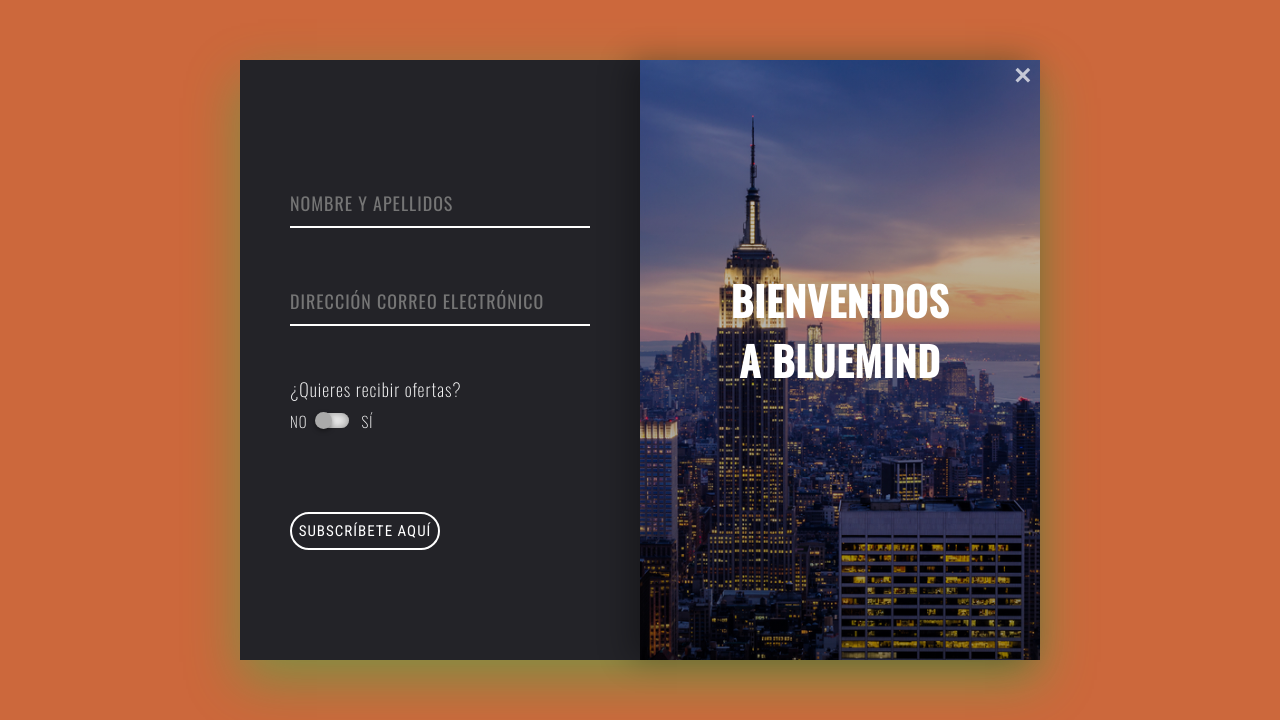
Repository: RaquelAlvarezz/Ejercicios-FormawebIV
Page: Formulario/index.html
The author's editor kept a copy of each file at every save. The page is drawn from the files as they stood at one save, then again after the next save.
The browser window is 1280 px wide. The pictures show the whole page.
After loading, the first visible `button.banner-sub-here-btn` was clicked once.
Some web libraries are served in a nearby version.

Above is the page before, as saved 2021-11-23 12:57:04.

### Formulario/index.html
<!DOCTYPE html>
<html lang="es">
<head>
    <meta charset="UTF-8">
    <meta http-equiv="X-UA-Compatible" content="IE=edge">
    <meta name="viewport" content="width=device-width, initial-scale=1.0">
    <title>Formulario Inscripción</title>
    <link rel="stylesheet" href="https://use.fontawesome.com/releases/v5.3.1/css/all.css" integrity="sha384-mzrmE5qonljUremFsqc01SB46JvROS7bZs3IO2EmfFsd15uHvIt+Y8vEf7N7fWAU" crossorigin="anonymous">
    <link href="https://fonts.googleapis.com/css?family=Oswald:200,300,400,500|Roboto+Condensed:300,300i,400,400i,700,700i" rel="stylesheet">
    <link rel="stylesheet" href="css/styles.css">
    <link rel="icon" href="https://lh3.googleusercontent.com/proxy/iLEHHXcUK-X28HmqpzfNVjkdxhkdG-_PfK0vSEMkry-wnrLG-j4IqDrfDejFbzbjIlz1s-UCzpygYCWWsLXbGVNT2G_MOcw">
</head>
<body cz-shortcut-listen="true">
    <div class="container">
        <!-- Subscribe Here Screen -->
        <div class="banner-sub-here">
            <h1 class="banner-sub-here-heading">
                Subscríbete aquí
            </h1>
            <div class="arrow">
                <i class="fas fa-arrow-down"></i>
            </div>
            <button class="banner-sub-here-btn">Click Now</button>
        </div>
        <!-- form screen -->
        <div class="form-container">
            <form class="sign-up-form">
                <input type="text" class="form-input" placeholder="NOMBRE Y APELLIDOS">
                <input type="email" class="form-input" placeholder="DIRECCIÓN CORREO ELECTRÓNICO">
                <p>¿Quieres recibir ofertas?</p>
                <label>No</label>
                <input type="checkbox">
                <label>Sí</label>
                <button type="button">Subscríbete aquí</button>
            </form>
            <div class="header">
                <h1>Bienvenidos a BlueMind</h1>
            </div>
            <div class="x-btn">✕</div>
        </div>
    </div>
    <script src="js/script.js"></script>
</body>
</html>

### Formulario/css/styles.css
* {
	margin: 0;
	padding: 0;
}


.container {
	width: 100%;
	height: 100vh;
	background: linear-gradient(rgba(0, 0, 0, .8), rgba(0, 0, 0, .7)), url(/Formulario/img/new-york-lighting-wallpaper-preview.jpg) center no-repeat;
	background-size: cover;
}

.banner-sub-here {
	color: #fff;
	width: 750px;
	position: absolute;
	top: 50%;
	left: 50%;
	transform: translate(-50%, -50%);
	/* banner text/elements */
	display: flex;
	flex-direction: column;
	justify-content: center;
	align-items: center;
	/* display: none; */
}

.banner-sub-here-heading {
	font-family: 'Roboto Condensed', sans-serif;
	font-size: 80px;
	text-transform: uppercase;
	margin-bottom: 80px;
	border-top: 7px solid #fff;
	border-bottom: 7px solid #fff;
}

.arrow {
	font-size: 50px;
	margin-bottom: 30px;
	animation: anim 3s infinite;
}

.banner-sub-here-btn {
	width: 200px;
	padding: 15px;
	font-family: 'Roboto Condensed', sans-serif;
	text-transform: uppercase;
	font-size: 17px;
	letter-spacing: 1px;
	background: transparent;
	color: #fff;
	border-radius: 50px;
	outline: none;
	cursor: pointer;
	border: 2px solid #fff;
	transition: transform;
}

.banner-sub-here-btn:hover {
	transform: translateY(-1px);
}

@keyframes anim {
	0% {
		transform: translateY(0);
	}
	20% {
		transform: translateY(0);
	}
	40% {
		transform: translateY(-30px);
	}
	50% {
		transform: translateY(0);
	}
	60% {
		transform: translateY(-15);
	}
	80% {
		transform: translateY(0);
	}
	100% {
		transform: translateY(0);
	}
}

.form-container {
	/* display: none; */
	display: flex;
	width: 800px;
	height: 600px;
	position: absolute;
	top: 50%;
	left: 50%;
	transform: translate(-50%, -50%);
	box-shadow: 0 20px 50px rgba(12, 201, 75, 0.4);
	/* can use fade effect ( can't if using display property)   */
	/* can use transistion with opacity */
	opacity: 0;
	visibility: hidden;
	transition: opacity 1s;
}

.sign-up-form {
	width: 50%;
	background-color: #232328;
	padding: 120px 50px;
	box-sizing: border-box; /* fixes size of element due to padding */
}

.form-input {
	width: 300px;
	font-family: 'Oswald', sans-serif;
	font-size: 18px;
	letter-spacing: 1px;
	color: white;
	background-color: transparent;
	border: none;
	border-bottom: 2px solid #fff;
	margin-bottom: 50px;
	outline: none;
	padding: 10px 0;
	transition: border-bottom-color .8s;
}

.form-input:focus {
	border-bottom-color: #4e024e;
}

.sign-up-form p {
	color: #fff;
	font-family: 'Oswald', sans-serif;
	font-size: 18px;
	letter-spacing: 1px;
	font-weight: 200;
	margin-bottom: 8px;
}

.sign-up-form label {
	color: #fff;
	font-family: 'Oswald', sans-serif;
	font-size: 15px;
	letter-spacing: 1px;
	font-weight: 200;
	text-transform: uppercase;
}

.sign-up-form input[type="checkbox"] {
	position: relative;
	/* chrome */
	-webkit-appearance: none;
	/* firefox */
	-moz-appearance: none;
	appearance: none;
	height: 15px;
	width: 30px;
	background-color: #eee;
	outline: none;
	border-radius: 20px;
	margin: 0 8px;
	/* inner shadow effect */
	box-shadow: inset 0 0 10px rgba(0, 0, 0, .4);
	transition: background-color .5s;
}

.sign-up-form input:checked[type="checkbox"] {
	background-color: #4e024e;
}

.sign-up-form input[type="checkbox"]::before {
	content: '';
	width: 17px;
	height: 17px;
	background-color: #aaa;
	position: absolute;
	border-radius: 50%;
	top: -1px;
	left: -4px;
	box-shadow: 0 2px 5px rgba(0, 0, 0, .4);
	transition: left .5s;
}

.sign-up-form input:checked[type="checkbox"]::before {
	left: 18px;
}

.sign-up-form button {
	width: 150px;
	display: block;
	margin-top: 80px;
	padding: 8px 5px;
	background-color: transparent;
	color: #fff;
	outline: none;
	border-radius: 50px;
	border: 2px solid #fff;
	text-transform: uppercase;
	cursor: pointer;
	font-family: 'Roboto Condensed', sans-serif;
	font-size: 15px;
	letter-spacing: 1px;
}

.header {
	width: 50%;
	background: linear-gradient(to top, rgba(0, 0, 0, .4), rgba(0, 0, 0, .2)), url(/Formulario/img/NYC-skyscrappers-sunset.jpg) center no-repeat;
	background-size: cover;
	box-shadow: -10px 0 30px rgba(0, 0, 0, .3);
	position: relative;
}

.header h1 {
	position: absolute;
	top: 35%;
	left: 50%;
	transform: translateX(-50%);
	text-align: center;
	color: #fff;
	font-family: 'Oswald', sans-serif;
	font-size: 40px;
	text-transform: uppercase;
	letter-spacing: 1px;
	text-shadow: #232328;
}

.x-btn {
	position: absolute;
	bottom: 95%;
	right: 1%;
	font-size: 23px;
	font-weight: bold;
	color: #ffffff;
	cursor: pointer;
	opacity: 0.7;
}

/* going down from desktop, at around 850 view started breaking */
@media (max-width: 850px) {
	.form-container {
		width: 600px;
		height: 400px;
	}
	.sign-up-form {
		padding: 50px 30px;
	}

	.form-input {
		width: 200px;
		font-size: 14px;
		margin-bottom: 25px;
		padding: 7px 0;
	}

	.sign-up-form p {
		font-size: 15pxx;
	}

	.sign-up-form label {
		font-size: 13px;
	}

	.sign-up-form input[type="checkbox"] {
		width: 25px;
		height: 12px;
	}

	.sign-up-form input[type="checkbox"]::before {
		width: 14px;
		height: 14px;
	}

	.sign-up-form button {
		margin-top: 50px;
		font-size: 13px;
		padding: 6px 4px;
		width: 120px;
		border-width: 1px;
	}

	.header h1 {
		font-size: 30px;
	}
}

@media (max-width: 800px) {
	.banner-sub-here {
		width: 450px;
	}
	.banner-sub-here-heading {
		font-size: 60px;
		margin-bottom: 40px;
		border-width: 4px;
	}
	.arrow {
		font-size: 30px;
	}

	.banner-sub-here-btn {
		width: 150px;
		padding: 10px;
		font-size: 15px;
	}
}

@media (max-width: 500px) {
	.banner-sub-here {
		width: 300px;
	}
	.banner-sub-here-heading {
		font-size: 40px;
	}
}

/* going down from desktop, at around 650 view started breaking */
@media (max-width: 650px) {
	.header {
		display: none;
	}
	.form-container {
		width: 300px;
	}

	.sign-up-form {
		width: 100%;
	}
}

### Formulario/js/script.js
// click button will hide subscriber page
//  and  form will fade in

document.querySelector('.banner-sub-here-btn').addEventListener('click', () => {
	//  want to hide banner sub page
	document.querySelector('.banner-sub-here').style.display = 'none';
	// form will fade in
	// cssText allows us to change several css properties
	document.querySelector('.form-container').style.cssText = 'opacity: 1; visibility: visible;';
	document.querySelector('.container').style.background = '#cc683c';
});

// click X to close will hide form and display subscriber page
document.querySelector('.x-btn').addEventListener('click', () => {
	document.querySelector('.banner-sub-here').style.display = 'flex';
	// form will fade in
	// cssText allows us to change several css properties
	document.querySelector('.form-container').style.cssText = 'opacity: 0; visibility: hidden;';
	document.querySelector('.container').style.cssText =
		'background: linear-gradient(rgba(0, 0, 0, .8), rgba(0, 0, 0, .7)), url(images/bg1.jpeg) center no-repeat;background-size: cover';
});

After the next save:
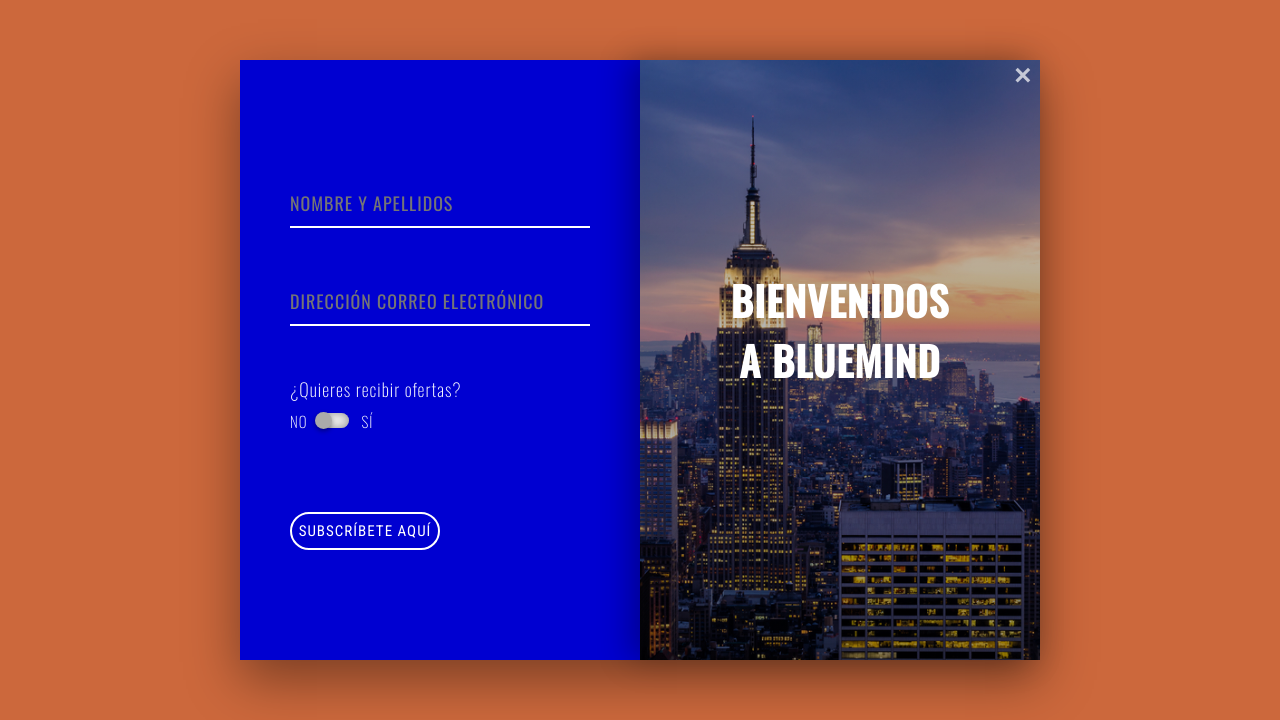
Saved 18 s later.
--- a/Formulario/css/styles.css
+++ b/Formulario/css/styles.css
@@ -94,7 +94,7 @@
 	top: 50%;
 	left: 50%;
 	transform: translate(-50%, -50%);
-	box-shadow: 0 20px 50px rgba(12, 201, 75, 0.4);
+	box-shadow: 0 20px 50px rgba(0, 0, 0, .4);
 	/* can use fade effect ( can't if using display property)   */
 	/* can use transistion with opacity */
 	opacity: 0;
@@ -104,7 +104,7 @@
 
 .sign-up-form {
 	width: 50%;
-	background-color: #232328;
+	background-color: #0000d1;
 	padding: 120px 50px;
 	box-sizing: border-box; /* fixes size of element due to padding */
 }
